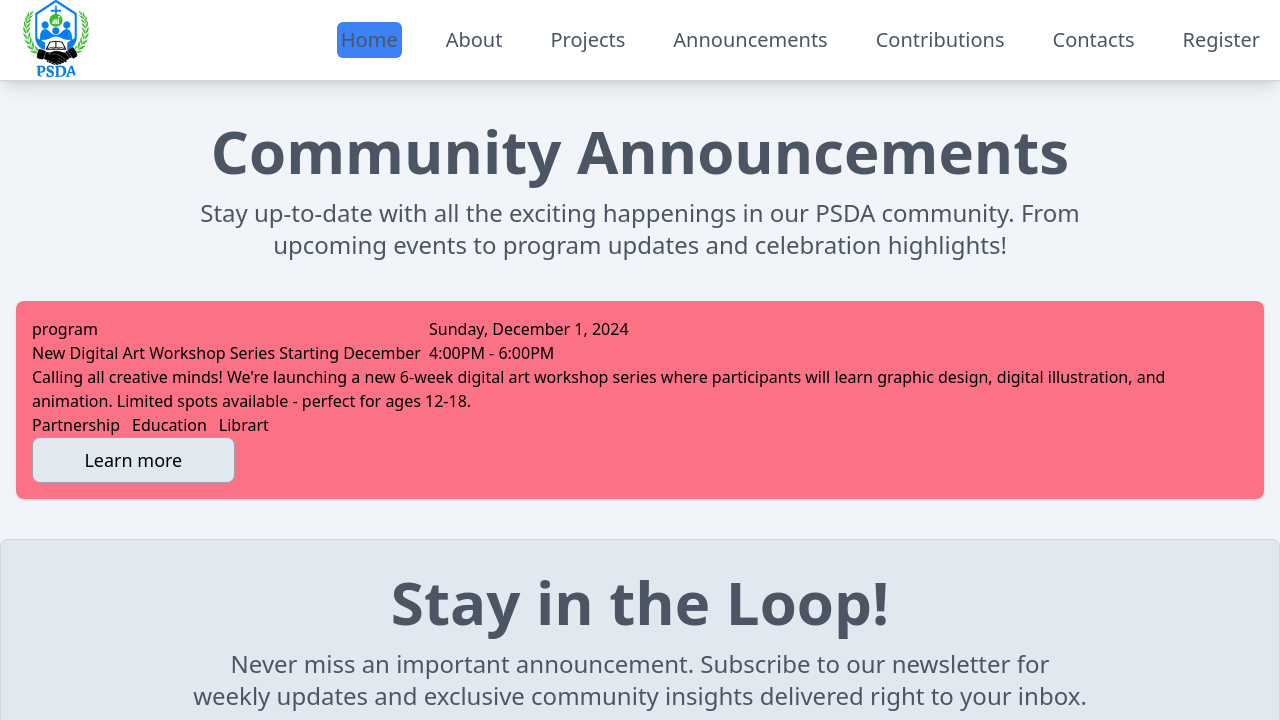
Repository: Zedestar/psda
Page: /announcements
An editor plug-in stored every save of this project. The page is shown before and after the next save, followed by the edit.
The browser window is 1280 px wide. The pictures show the whole page.
An inner scrolling area shows only its first screen. The project was rebuilt for these pictures with package versions that can differ from the ones it lists, and the page was loaded fresh each time. Also part of the build but not shown: src/components/cards/primary-card.jsx, src/components/cards/two-lines-card.jsx, src/components/homepic/index.jsx, src/pages/home/what-we-do.js, src/pages/home/home.jsx, src/components/cards/leaders-card.jsx, src/components/cards/secondary-card.jsx, src/pages/about/about-us-data.js and 13 more.

Above is the page before, as saved 2025-07-21 19:09:33.

After the next save:
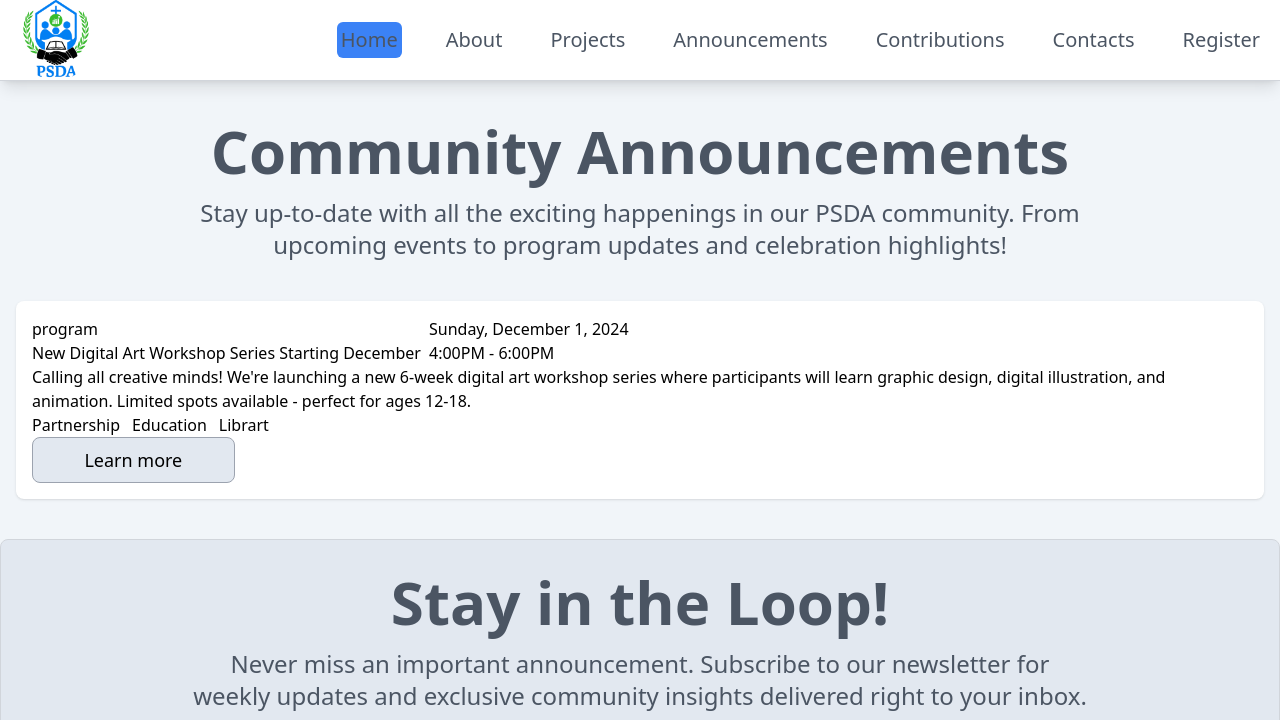
Saved 16 s later.
--- a/src/components/cards/announcement-card.jsx
+++ b/src/components/cards/announcement-card.jsx
@@ -1,6 +1,6 @@
 function AnnouncementCard() {
   return (
-    <div className="flex flex-col bg-rose-400 mx-4 p-4 rounded-lg shadow">
+    <div className="flex flex-col bg-white mx-4 p-4 rounded-lg shadow">
       <div className="flex space-x-2">
         <div>
           <p>program</p>
